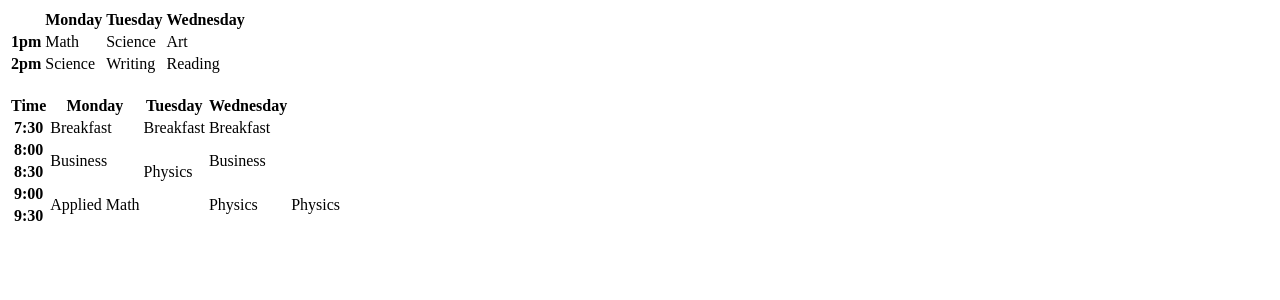
Repository: jefflai0412/website_design
Page: task1.html
The author's editor kept a copy of each file at every save. The page is drawn from the files as they stood at one save, then again after the next save.
The browser window is 1280 px wide. The pictures show the whole page.

Above is the page before, as saved 2024-10-18 13:40:47.

### task1.html
<!DOCTYPE html>
<html lang="en">
<head>
    <meta charset="UTF-8">
    <meta name="viewport" content="width=device-width, initial-scale=1.0">
    <title>Document</title>
</head>
<body>
    <table>
        <tr>
            <th></th>
            <th>Monday</th>
            <th>Tuesday</th>
            <th>Wednesday</th>
        </tr>

        <tr>
            <th scope="row">1pm</th>
            <td>Math</td>
            <td>Science</td>
            <td>Art</td>
        </tr>

        <tr>
            <th scope="row">2pm</th>
            <td>Science</td>
            <td>Writing</td>
            <td>Reading</td>
        </tr>
    </table>

    <br>

    <table>
        <tr>
            <th>Time</th>
            <th>Monday</th>
            <th>Tuesday</th>
            <th>Wednesday</th>
        </tr>
        <tr>
            <th scope="row">7:30</th>
            <td>Breakfast</td>
            <td>Breakfast</td>
            <td>Breakfast</td>
        </tr>
        <tr>
            <th scope="row">8:00</th>
            <td rowspan="2">Business</td>
            <td rowspan="3">Physics</td>
            <td rowspan="2">Business</td>
        </tr>
        <tr>
            <th scope="row">8:30</th>
            <td></td>
        </tr>
        <tr>
            <th scope="row">9:00</th>
            <td rowspan="2">Applied Math</td>
            <td rowspan="3">Physics</td>
            <td rowspan="2">Physics</td>
        </tr>

        <tr>
            <th scope="row">9:30</th>
            <td></td>
        </tr>
    </table>
</body>
</html>

After the next save:
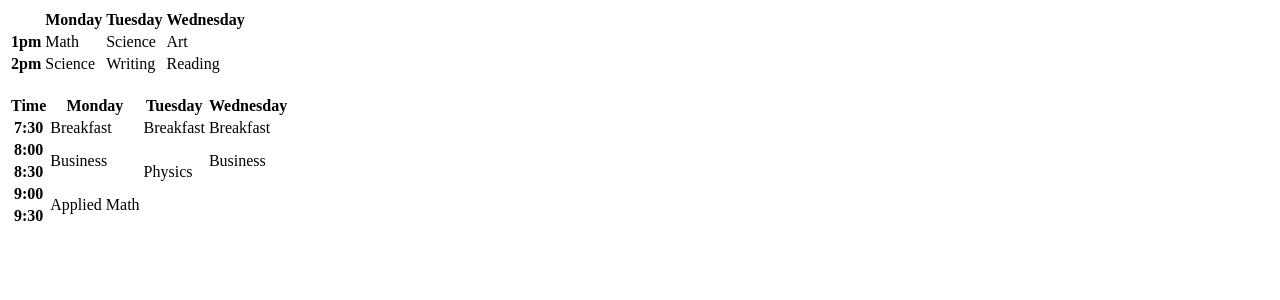
Saved 54 s later.
--- a/task1.html
+++ b/task1.html
@@ -57,8 +57,8 @@
         <tr>
             <th scope="row">9:00</th>
             <td rowspan="2">Applied Math</td>
-            <td rowspan="3">Physics</td>
-            <td rowspan="2">Physics</td>
+            <td></td>
+            <td></td>
         </tr>
 
         <tr>
